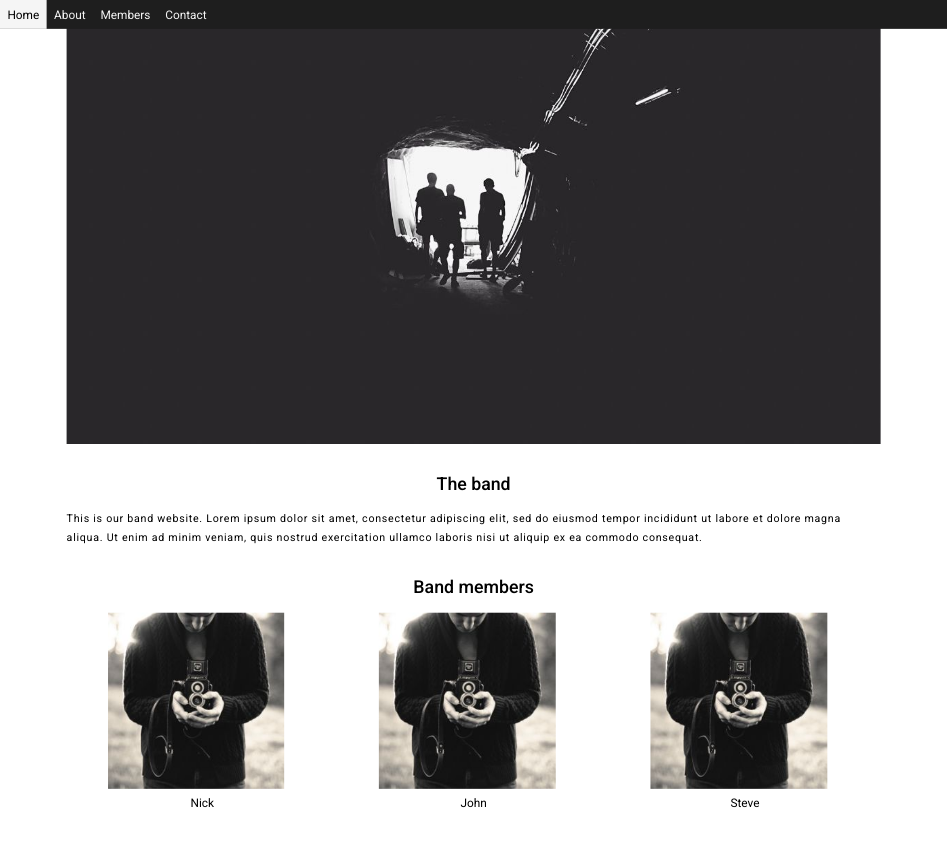
Repository: hieu-22/w3_band_UI
Page: index.html
These files come from the project's save history. The page is drawn as it stood at one moment and after the next save; the edit follows.
The browser window is 1280 px wide. The pictures show the whole page, at 74% of full size.

Above is the page before, as saved 2022-12-30 10:08:29.

### index.html
<!DOCTYPE html>
<html lang="en">
<head>
    <meta charset="UTF-8">
    <meta http-equiv="X-UA-Compatible" content="IE=edge">
    <meta name="viewport" content="width=device-width, initial-scale=1.0">
    <title>The band - by w3school</title>
    <link rel="stylesheet" href="assets/css/style.css">
    <link rel="preconnect" href="https://fonts.googleapis.com"><link rel="preconnect" href="https://fonts.gstatic.com" crossorigin><link href="https://fonts.googleapis.com/css2?family=Roboto:wght@100;300;400;500;700&display=swap" rel="stylesheet">
</head>
<body>
    <header class="header">
        <nav class="navigation-bar">
            <ul class="navigation-bar__list">
                <li class="navigation-bar__list-item">
                    Home
                </li>
                <li class="navigation-bar__list-item">
                    About
                </li>
                <li class="navigation-bar__list-item">
                    Members
                </li>
                <li class="navigation-bar__list-item">
                    Contact
                </li>
            </ul>
        </nav>
        <div class="banner"></div>
    </header>

    <main class="content">
        <div class="content__about">
            <h2 class="content__about-name">The band</h2>
            <p class="content__about-description"> This is our band website. Lorem ipsum dolor sit amet, consectetur adipiscing elit, sed do eiusmod tempor incididunt ut labore et dolore magna aliqua. Ut enim ad minim veniam, quis nostrud exercitation ullamco laboris nisi ut aliquip ex ea commodo consequat.
            </p>
        </div>
        <!-- end about -->

        <div class="content__members">
            <h2 class="content__members-header">Band members</h2>
            <div class="content__members-container">
                <div class="member">
                    <div class="member__img">
                        <img src="/assets/img/img_bandmember.jpg" alt="band member">
                    </div>
                    <p class="member__name">Nick</p>
                </div>
                <!-- member1 -->
                <div class="member">
                    <div class="member__img">
                        <img src="/assets/img/img_bandmember.jpg" alt="band member">
                    </div>
                    <p class="member__name">John</p>
                </div>
                <!-- member2 -->
                <div class="member">
                    <div class="member__img">
                        <img src="/assets/img/img_bandmember.jpg" alt="band member">
                    </div>
                    <p class="member__name">Steve</p>
                </div>
                <!-- member3 -->
            </div>
        </div>
    </main>

    <footer>

    </footer>
</body>
</html>

### assets/css/style.css
* {
    box-sizing: border-box;
    padding: 0;
    margin: 0;

}

html {
    font-family: 'Roboto', sans-serif;
    font-size: 16px;
    width: 1100px;
    margin: auto;
}

.header {
    height: 600px;
}

.navigation-bar {
    position: absolute;
    top: 0;
    left: 0;
    width: 100%;
    background-color: rgb(30, 30, 30);
}

.navigation-bar__list {
    display: flex;
    justify-content: flex-start;
    align-items: center;
    border-radius: 2px;
    list-style-type: none;
}

.navigation-bar__list-item {
    padding: 10px;
    color: whitesmoke;
}
.navigation-bar__list-item:hover {
    background-color: whitesmoke;
    color: black;
    cursor: pointer;
}

.banner {
    height: 100%;
    width: auto;
    background-image: url('../img/img_la.jpg');
    background-size: cover;
}
/* main content */
.content__about {
    margin-top: 20px;
}

.content__about-name {
    font-weight: 500;
    text-align: center;
    padding: 20px 0;
}

.content__about-description {
    letter-spacing: 1px;
    line-height: 26px;
    font-size: 0.9rem;
}
/* end about */

.content__members {
    height: 400px;
    margin-top: 20px;
}
.content__members-header {
    font-weight: 500;
    text-align: center;
    width: 100%;
    padding: 20px 0;
}
.content__members-container {
    display: flex;
    justify-content: space-around;
}

.member__img {
    height: 80%;
}

.member__img img {
    height: 100%;
}

.member__name {
    text-align: center;
    padding: 10px;
}
/* end member */

.content__contact-infor {
    height: 500px;
    margin-top: 20px;
}

After the next save:
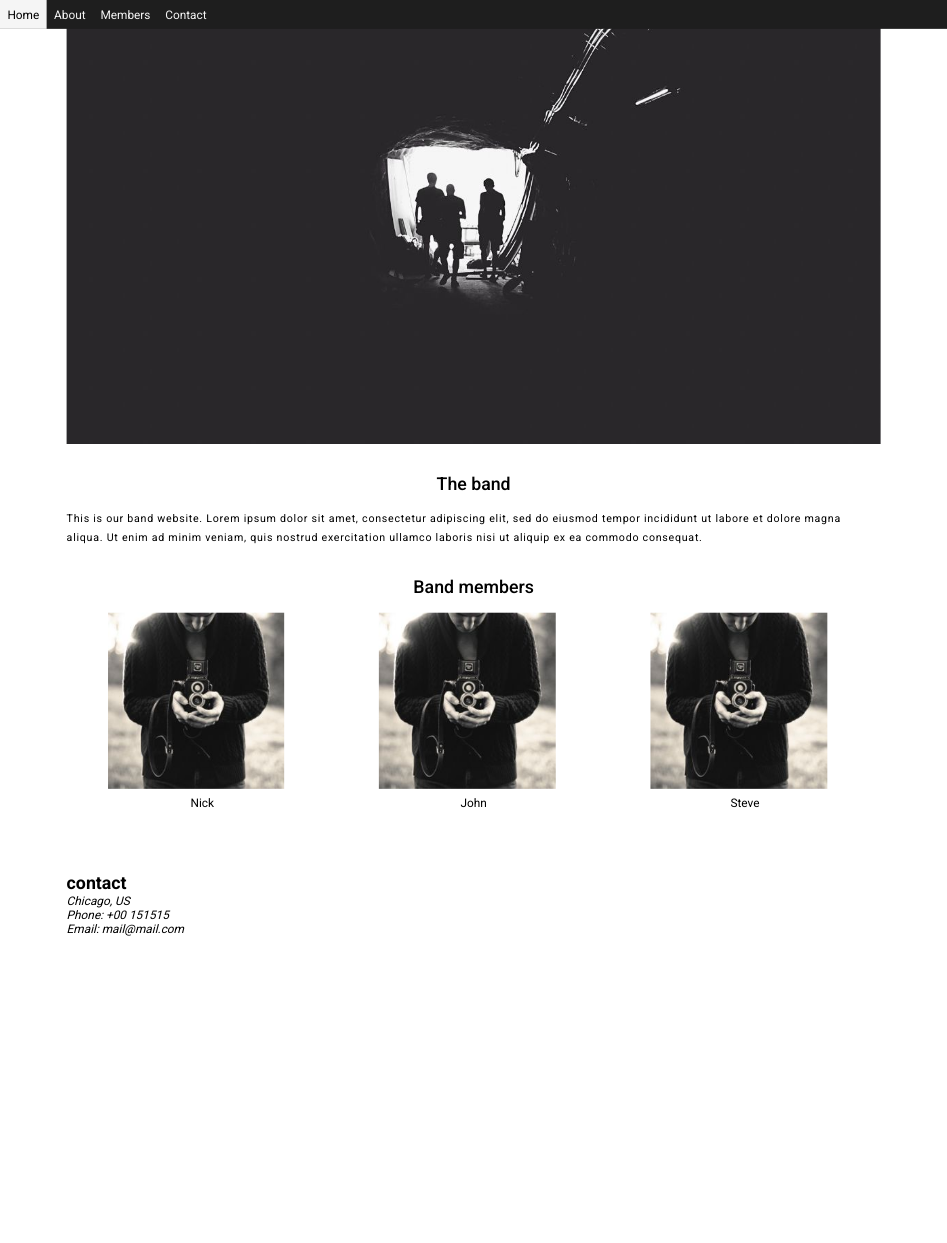
Saved 104 s later.
--- a/index.html
+++ b/index.html
@@ -63,6 +63,15 @@
                 <!-- member3 -->
             </div>
         </div>
+        <!-- end members -->
+        <div class="content__contact-infor">
+            <h2>contact</h2>
+            <address>
+                Chicago, US</br>
+                Phone: +00 151515</br>
+                Email: mail@mail.com
+            </address>
+        </div>
     </main>
 
     <footer>
